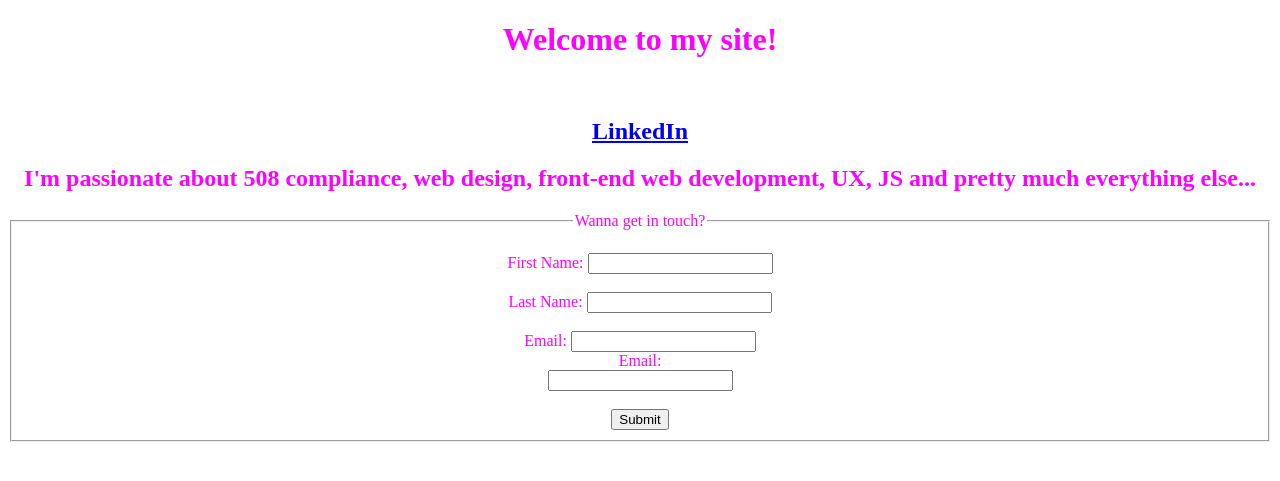
Repository: jasvr/jasvr.io
Page: index.html
These files come from the project's save history. The page is drawn as it stood at one moment and after a run of saves; the edit follows.
The browser window is 1280 px wide. The pictures show the whole page.

Above is the page before, as saved 2020-01-10 14:39:36.

### index.html
<!DOCTYPE html>
<html lang="en">
<head>
    <meta charset="UTF-8">
    <meta name="viewport" content="width=device-width, initial-scale=1.0">
    <meta http-equiv="X-UA-Compatible" content="ie=edge">
    <title>Jasmin Vargas</title>
    <link href="style.css" type="text/css" rel="stylesheet">
</head>
<body>
    <h1>Welcome to my site!</h1>
    <br>
    <h2><a href="https://www.linkedin.com/in/jasvrgs/">LinkedIn</a></h2>
    <h2>I'm passionate about 508 compliance, web design, front-end web development, UX, JS and pretty much everything else...</h2>

    <fieldset>
        <legend>Wanna get in touch?</legend>
        <div>
            <br>
            <label for ="firstname">First Name: </label>
            <input type="text" name="firstname"/>
        </div>
        <div>
            <br>
            <label for ="lastname">Last Name: </label>
            <input type="text" name="lastname"/>
        </div>
        <div>
            <br>
            <label for ="email">Email: </label>
            <input type="text" name="email"/>
        </div>

        Email:<br>
        <input type="text" name="email"><br><br>
        <input type="submit" value="Submit">
    </fieldset>
</body>
</html>

### style.css
body{
    color:magenta;
    text-align:center;
    }

    *:focus{
        outline: 0;
        box-shadow: 0 0 10px #eb0486;
        border-color: #eb0486;
    }

    a:focus{
        color: #eb0486;
        font-weight: bold;
    }

    .button:focus{
        background-color: #eb0486;

    }

After the next 2 saves:
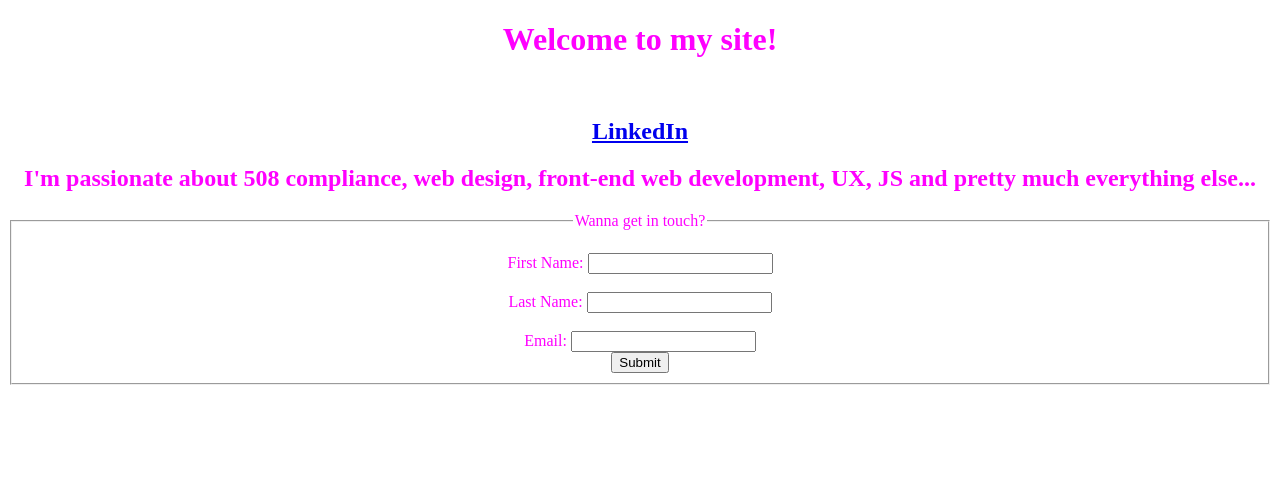
The 2 saves are shown as one change because they came seconds apart.
The last was saved 19 s later.
--- a/index.html
+++ b/index.html
@@ -30,9 +30,6 @@
             <label for ="email">Email: </label>
             <input type="text" name="email"/>
         </div>
-
-        Email:<br>
-        <input type="text" name="email"><br><br>
         <input type="submit" value="Submit">
     </fieldset>
 </body>
